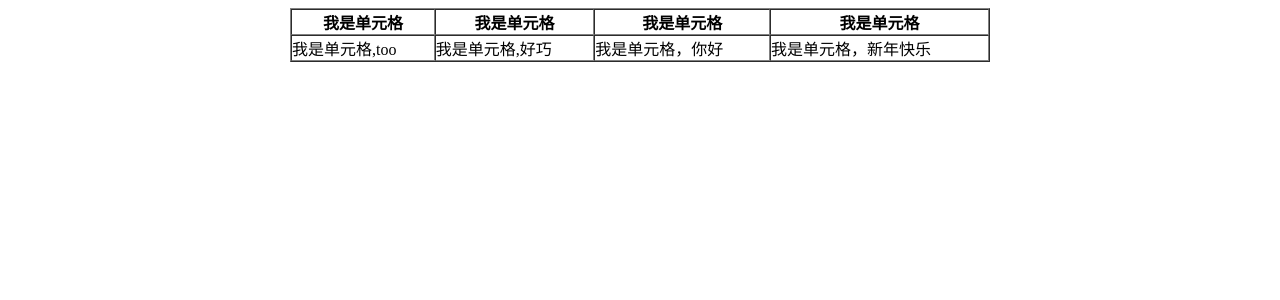
Repository: Qwenicq/My_project
Page: html/HTML_learning/2_html.html
The author's editor kept a copy of each file at every save. The page is drawn from the files as they stood at one save, then again after the next save.
The browser window is 1280 px wide. The pictures show the whole page.

Above is the page before, as saved 2023-03-28 21:15:41.

### html/HTML_learning/2_html.html
<!DOCTYPE html>
<html lang="zh-CN">
<head>
    <meta charset="UTF-8">
    <meta http-equiv="X-UA-Compatible" content="IE=edge">
    <meta name="viewport" content="width=device-width, initial-scale=1.0">
    <title>Document</title>
</head>
<body>
    <!-- 属性要写在table中 -->
    <table align="center" border="1" cellpadding="0" cellspacing="0" width="700" >
        <thead><tr>
            <th>我是单元格</th>
            <!-- 表头单元格 -->
            <th>我是单元格</th>
            <th>我是单元格</th>
            <th>我是单元格</th>
        </tr>
    </thead>
     <tbody>
        <tr>
            <!-- 普通单元格 -->
                <td>我是单元格,too</td>
                <td>我是单元格,好巧</td>
                <td>我是单元格，你好</td>
                <td>我是单元格，新年快乐</td>
            </tr>

     </tbody>

    </table>
    <table align="center" hight="300" width="500">
        <tr>
            <td></td>
            <td></td>
            <td></td>
        </tr>
        <tr>
            <td></td>
            <td></td>
            <td></td>
        </tr>
        <tr>
            <td></td>
            <td></td>
            <td></td>
        </tr>
    </table>
</body>
</html>

After the next save:
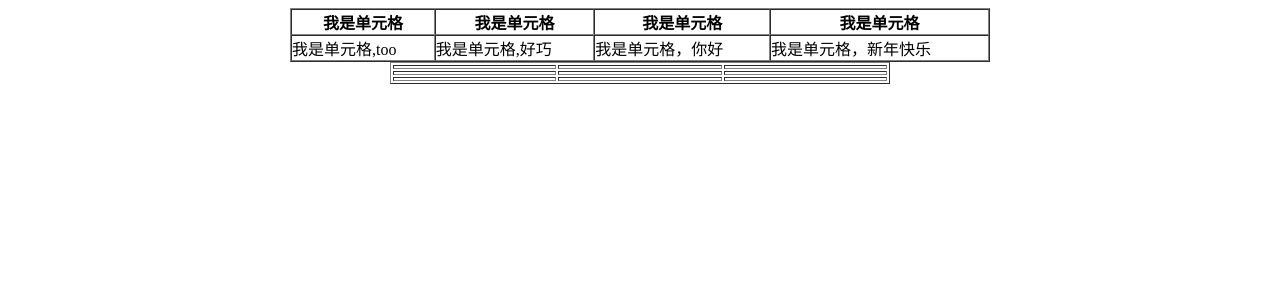
Saved 47 s later.
--- a/html/HTML_learning/2_html.html
+++ b/html/HTML_learning/2_html.html
@@ -29,7 +29,7 @@
      </tbody>
 
     </table>
-    <table align="center" hight="300" width="500">
+    <table align="center" hight="300" width="500" border="1">
         <tr>
             <td></td>
             <td></td>
